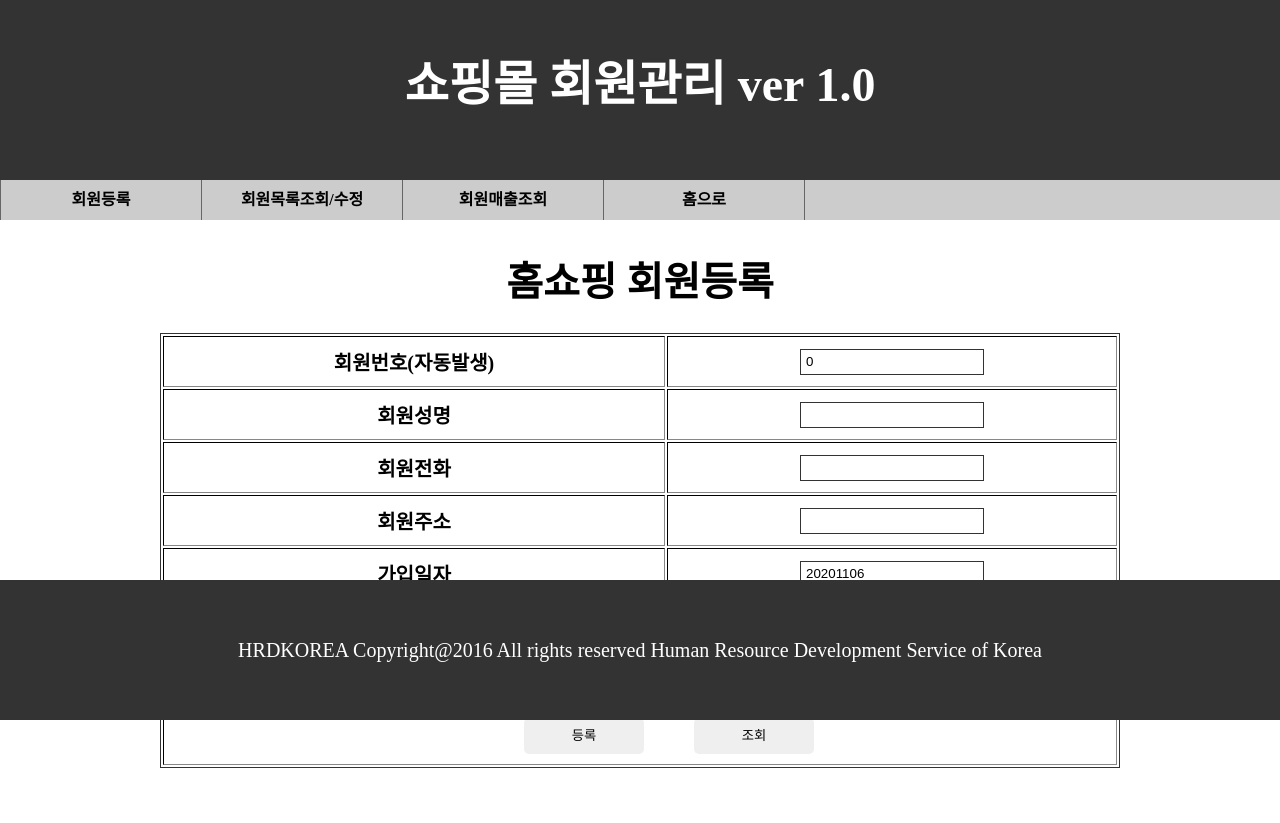
Repository: jsky1234/NCS
Page: http://localhost/HRD_1/memberIns.jsp
The author's editor kept a copy of each file at every save. The page is drawn from the files as they stood at one save, then again after the next save.
The browser window is 1280 px wide. The pictures show the whole page.
The page is served by Tomcat 9. Queries for data that is not in the repository find no rows.

Above is the page before, as saved 2020-11-10 05:17:06.
Console error: ReferenceError: form is not defined

### ncs1/HRD_1/WebContent/memberIns.jsp
<%@ page language="java" contentType="text/html; charset=UTF-8"
    pageEncoding="UTF-8"%>
<%@ page import="java.sql.PreparedStatement" %>
<%@ page import="java.sql.DriverManager" %>
<%@ page import="java.sql.Connection" %>
<%@ page import="java.sql.ResultSet" %>
<%@ page import="DBPKG.DBcon" %>
<%@ page import="java.util.*, java.text.*" %>
<%@ include file="admin_header.jsp" %>
<style>
.main_help { width: 960px; margin: 25px auto; font-size: 20px; }
.main_help ol { padding-top: 5px; }
.tb { display: table; border: 1px solid #333; width: 960px; text-align: center;}
.tb tr { display: table-row; }
.tb td, .tb th { display: table-cell; padding: 10px; }
.tb th { width: 480px; }
button { display: block; float: left; width: 120px; line-height: 36px; text-align: center; margin-right: 25px; margin-left: 25px; border-radius: 5px ;}
button:first-child { margin-left: 350px;}
input, select { border: 1px solid #333; line-height: 24px; padding-left: 5px;}
</style>
<%@ include file="admin_nav.jsp" %>
<%
request.setCharacterEncoding("utf-8");

Connection conn = null;
PreparedStatement pstmt = null;
ResultSet rs;

Date date = new Date();
SimpleDateFormat simple = new SimpleDateFormat("yyyyMMdd");
String sdate = simple.format(date);

	try {
		conn = DBcon.getConnection();
		String sql = "SELECT * FROM member_tbl_02 ORDER BY custno DESC";
		pstmt = conn.prepareStatement(sql);
		rs = pstmt.executeQuery();

		int i = 0, num = 0;
		while(rs.next()) {
			num = rs.getInt("custno");
			i++;
			num++;
			if(i > 0) break;
		}
%>
<main class="content">
	<section class="page" id="page1">
		<h2 class="page_tit">홈쇼핑 회원등록</h2>
		<div class="main_help">
			<form name="register1" id="register1" action="memberInsPro.jsp" method="get">
				<table class="tb" border="1">
					<tbody>
						<tr>
							<th><label for="custno">회원번호(자동발생)</label></th>
							<td><input type="text" name="custno" id="custno" value="<%=num%>" /></td>
						</tr>
						<tr>
							<th><label for="custname">회원성명</label></th>
							<td><input type="text" name="custname" id="custname" /></td>
						</tr>
						<tr>
							<th><label for="phone">회원전화</label></th>
							<td><input type="text" name="phone" id="phone" /></td>
						</tr>
						<tr>
							<th><label for="address">회원주소</label></th>
							<td><input type="text" name="address" id="address" /></td>
						</tr>
						<tr>
							<th><label for="joindate">가입일자</label></th>
							<td><input type="text" name="joindate" id="joindate" value="<%=sdate%>" /></td>
						</tr>
						<tr>
							<th><label for="grade">고객등급(A:VIP, B:일반, C:직원)</label></th>
							<td>
								<select name="grade" id="grade">
									<option value="">선택안함</option>
									<option value="A">A</option>
									<option value="B">B</option>
									<option value="C">C</option>
								</select>
							</td>
						</tr>
						<tr>
							<th><label for="city">도시코드</label></th>
							<td><input type="text" name="city" id="city" /></td>
						</tr>
						<td colspan="2">
							<button type="button" id="subit_btn">등록</button>
							<button type="button" id="search_btn">조회</button>
						</td>
					</tbody>
				</table>
			</form>
			<script>
			var submit_btn = document.getElementById("submit_btn");
			var search_btn = document.getElementById("search_btn");
			var custname = form.custname
			var phone = form.address
			var grade = form.grade
			var city = form.city

			</script>
		</div>
	</section>
</main>
<%
	} catch(Exception e) {
		System.out.println("ProductBean error : "+e);
	} finally {
		try {
			if(pstmt != null) pstmt.close();
			if(conn != null) conn.close();
		} catch(Exception e) {
			//핸들 에러 프린트
			System.out.println("DB Close error : "+e);
		}
	}
%>
<%@ include file="admin_footer.jsp" %>

### ncs1/HRD_1/WebContent/admin_header.jsp
<%@ page language="java" contentType="text/html; charset=UTF-8"
    pageEncoding="UTF-8"%>
<% request.setCharacterEncoding("utf-8"); %>
<!DOCTYPE html>
<html>
<head>
<meta charset="UTF-8">
<link rel="stylesheet" href="./css/main.css" />
<title>관리자 모드로 로그인 중</title>
</head>
<body>
<header class="hd">
	<h2 class="tit">쇼핑몰 회원관리 ver 1.0</h2>
</header>

### ncs1/HRD_1/WebContent/admin_nav.jsp
<%@ page language="java" contentType="text/html; charset=UTF-8"
    pageEncoding="UTF-8"%>
<nav class="gnb">
	<ul>
		<li><a href="memberIns.jsp">회원등록</a></li>
		<li><a href="">회원목록조회/수정</a></li>
		<li><a href="">회원매출조회</a></li>
		<li><a href="admin.jsp">홈으로</a></li>
	</ul>
</nav>

### ncs1/HRD_1/WebContent/admin_footer.jsp
<%@ page language="java" contentType="text/html; charset=UTF-8"
    pageEncoding="UTF-8"%>
<footer class="ft">
	<div class="ft_wrap">
		<div class="admin_copy">
			<p class="copyright">HRDKOREA Copyright@2016 All rights reserved Human Resource Development Service of Korea</p>
		</div>
	</div>
</footer>
</body>
</html>

### ncs1/HRD_1/src/DBPKG/DBcon.java
package DBPKG;

import java.sql.Connection;
import java.sql.DriverManager;
import java.sql.SQLException;

public class DBcon {
	public static Connection getConnection() throws Exception{
		Class.forName("oracle.jdbc.OracleDriver");
		Connection con = DriverManager.getConnection("jdbc:oracle:thin:@//localhost:1521/xe", "sky", "1234");
		return con;
	}
}

### ncs1/HRD_1/WebContent/css/main.css
@charset "UTF-8";

* { margin: 0; padding: 0; }
body, html { width: 100%; height: 100%; }
ul { list-style : none; }
a { text-decoration: none; }
button, label, input { outline: 0; border: 0; user-select: none; }
img { border: 0; }
ol { padding: 30px; }

.hd { clear: both; min-height: 180px; background-color: #333; }
.tit { font-size: 48px; text-align: center; line-height: 140px; color: #fff; padding-top: 15px;}
.gnb { clear: both; height: 40px; background-color: #cccccc; }
.gnb li { float: left; min-width: 120px; width: auto; }
.gnb a { display:block; text-align: center; line-height: 40px; width: 200px; height: 40px; color: #000000; font-weight: 700; border-left: 1px solid #666666; }
.gnb li:last-child { border-right: 1px solid #666666; }

.page { clear: both; padding: 30px 0 30px 0; }
.page_tit { text-align: center; font-size: 40px; }
.item_tit1 { font-size: 24px; margin-top: 30px; }
.item_tit2 { font-size: 18px; margin-top: 40px;}

.ft { clear: both; position: absolute;  width: 100%; bottom: 0; min-height:80px; height: 140px; background-color: #333; }
.copyright { color: #fff; font-size: 20px; text-align: center; margin-top: 20px; line-height: 100px;}

After the next save:
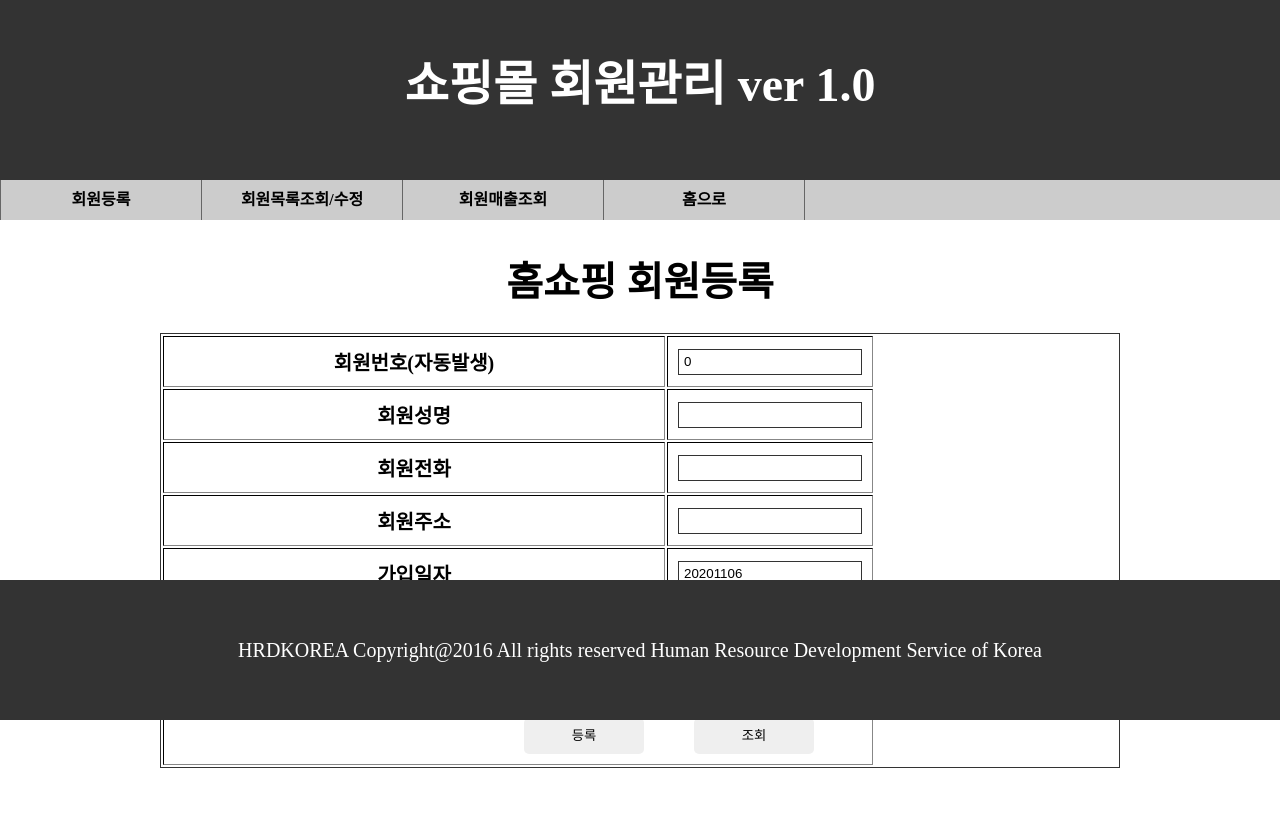
Saved 10 s later.
--- a/ncs1/HRD_1/WebContent/memberIns.jsp
+++ b/ncs1/HRD_1/WebContent/memberIns.jsp
@@ -10,7 +10,7 @@
 <style>
 .main_help { width: 960px; margin: 25px auto; font-size: 20px; }
 .main_help ol { padding-top: 5px; }
-.tb { display: table; border: 1px solid #333; width: 960px; text-align: center;}
+.tb { display: block; border: 1px solid #333; width: 960px; text-align: center;}
 .tb tr { display: table-row; }
 .tb td, .tb th { display: table-cell; padding: 10px; }
 .tb th { width: 480px; }
